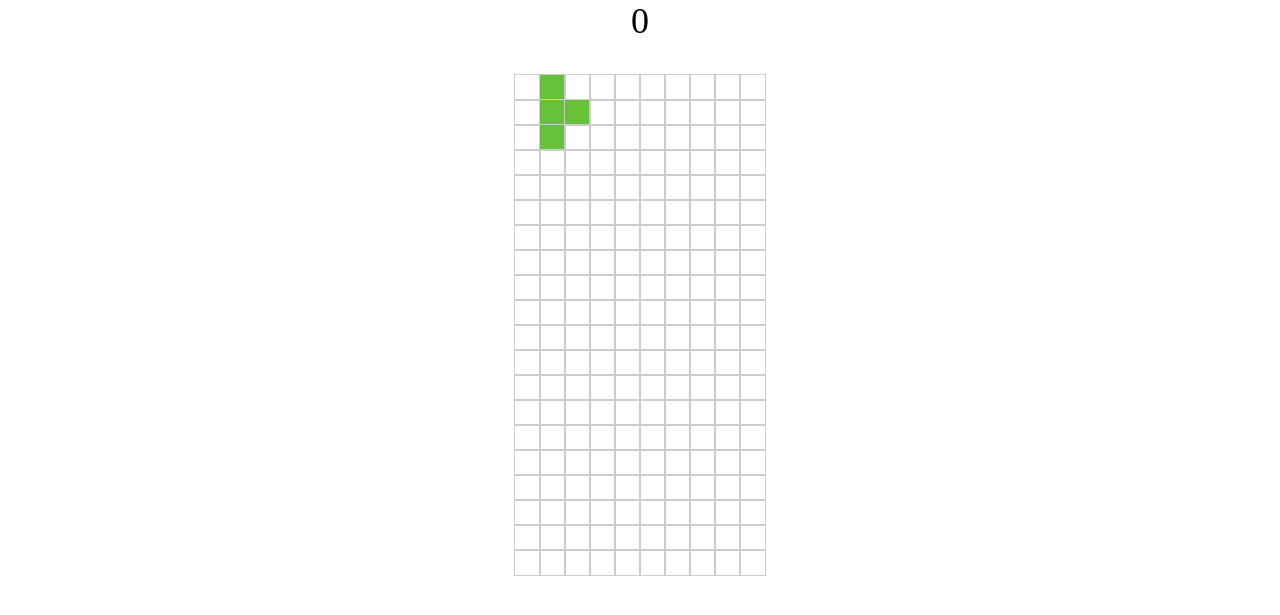
Repository: chlwpdnswku/tetris
Page: index.html
The author's editor kept a copy of each file at every save. The page is drawn from the files as they stood at one save, then again after the next save.
The browser window is 1280 px wide. The pictures show the whole page.

Above is the page before, as saved 2022-12-13 23:47:26.

After the next save:
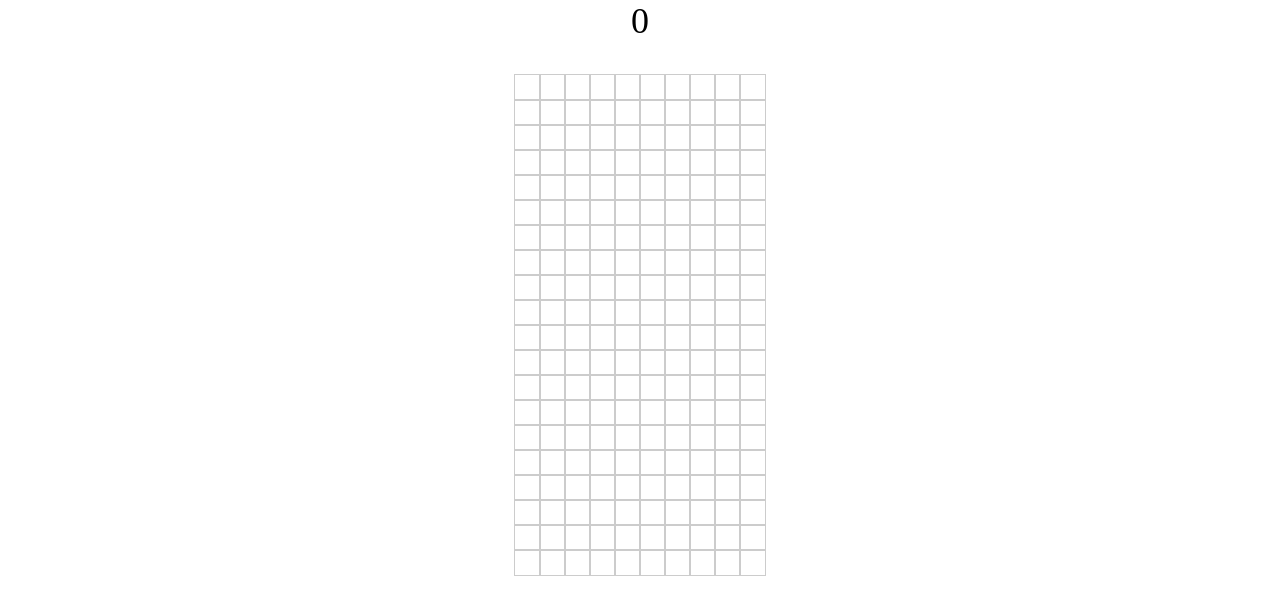
Console error: TypeError: Cannot read properties of undefined (reading '3')
Saved 24 s later.
--- a/script.js
+++ b/script.js
@@ -17,7 +17,7 @@ let tempMovingItem;
 // 좌료를 바꾸면 모양이 바뀐다.
 
 const movingItem = {
-  type: 'tree',
+  type: '',
   direction: 3,
   top: 0,
   left: 0,

After the save that followed:
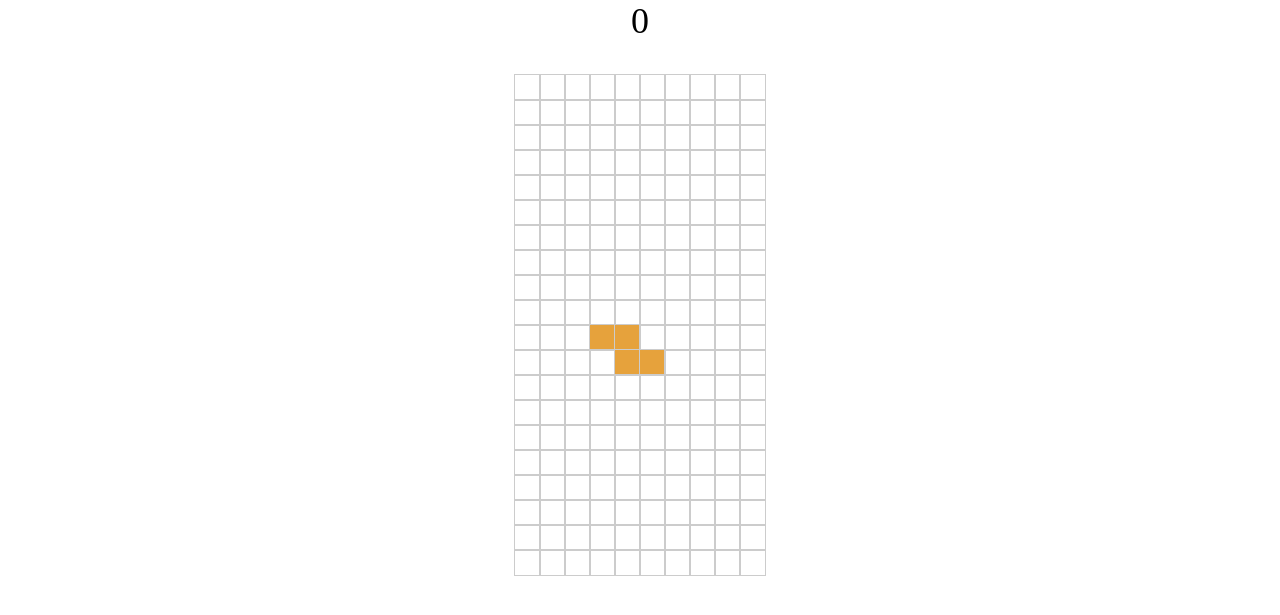
The error is gone.
Saved 18 s later.
--- a/script.js
+++ b/script.js
@@ -45,7 +45,7 @@ function init() {
   for (let i = 0; i < GAME_ROWS; i++) {
     prependNewLine();
   }
-  renderBlocks();
+  generateNewBlock();
 }
 
 //
